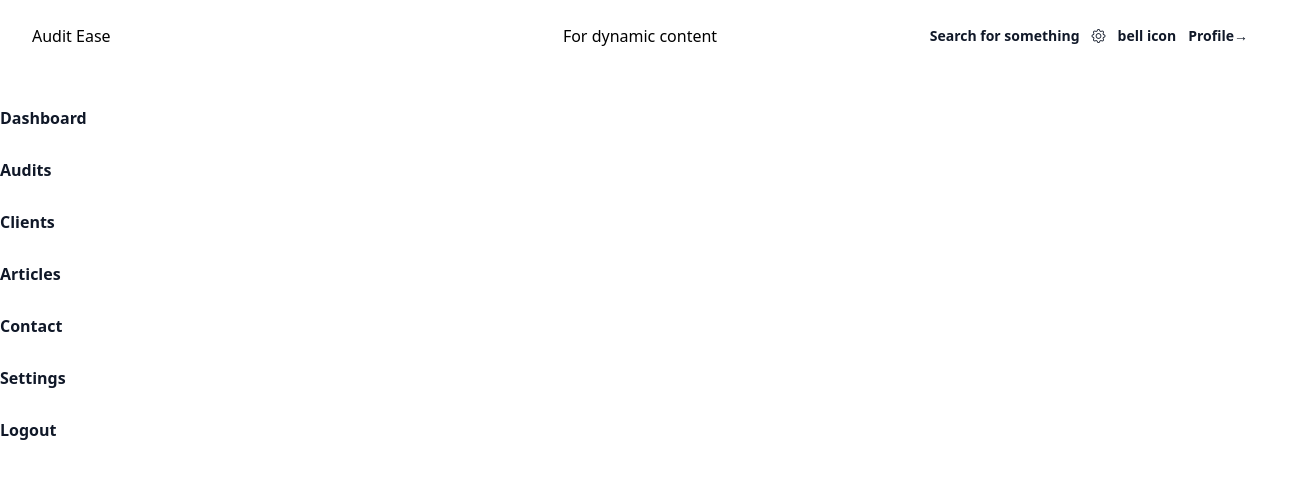
Repository: EclipticCode/Audit-Ease-FE
Page: /
These files come from the project's save history. The page is drawn as it stood at one moment and after the next save; the edit follows.
The browser window is 1280 px wide. The page is 1292 px wide, so the pictures cover 1292 px, including what lies to the right of the window. The pictures show the whole page.
Some web libraries are served in a nearby version. The project was rebuilt for these pictures with package versions that can differ from the ones it lists, and the page was loaded fresh each time. Also part of the build but not shown: vite.config.js, Login.jsx.

Above is the page before, as saved 2025-03-27 19:41:01.

### index.html
<!doctype html>
<html lang="en">
  <head>
    <meta charset="UTF-8" />
    <link rel="icon" type="image/svg+xml" href="" />
    <meta name="viewport" content="width=device-width, initial-scale=1.0" />
    <title>Audit Ease</title>
     <!-- Bootstrap Icon link-->
     <link
     rel="stylesheet"
     href="https://cdn.jsdelivr.net/npm/bootstrap-icons@1.11.3/font/bootstrap-icons.min.css"
   />
    <!-- Font awesome CDN -->
    <link rel="stylesheet" href="https://cdnjs.cloudflare.com/ajax/libs/font-awesome/6.6.0/css/all.min.css">
  </head>
  <body>
    <div id="root"></div>
    <script type="module" src="/src/main.jsx"></script>
  </body>
</html>

### src/main.jsx
import React from "react";
import ReactDOM from "react-dom/client";
import App from "./App";
import "./index.css"; // Ensure Tailwind styles are imported

ReactDOM.createRoot(document.getElementById("root")).render(
  <React.StrictMode>
    <App />
  </React.StrictMode>
);

### src/App.jsx
import React from 'react'
import Login from '../Login'
import Navbar from './Navbar'

const App = () => {
  return (
   <div>
      <Navbar/>
   </div>
  )
}

export default App

### src/index.css
@import url('https://fonts.googleapis.com/css2?family=Roboto:ital,wght@0,100..900;1,100..900&display=swap');

@import "tailwindcss";

@theme {
  --font-roboto: "Roboto", sans-serif;
  --font-weight-light: 300;
  --font-weight-normal: 400;
  --font-weight-medium: 500;
  --font-weight-semibold: 600;
  --font-weight-bold: 700;
  --color-soft-primary: #B2C4FB;
  --color-light-primary: #053ADA;
  --color-dark-primary: #032691;
  --color-deep-primary: #021655;
  --color-soft-seconday: #FFFFFF;
  --color-light-seconday: #B1B1B1;
  --color-dark-seconday: #263238;
  --color-deep-seconday: #000000;

}

### src/Navbar.jsx
import React from 'react'

const Navbar = () => {
  return (
    <div>
         <header className="bg-white">
      <nav aria-label="Global" className="mx-auto flex max-w-7xl items-center justify-between p-6 lg:px-8">
        <div className="flex lg:flex-1">
          <a href="#" className="-m-1.5 p-1.5">
            <span className="sr-only">Audit Ease</span>
            Audit Ease
          </a>
        </div>
        <div>
            For dynamic content
        </div>

        <div className="hidden lg:flex lg:flex-1 lg:justify-end">
        <div className='flex space-x-3'>
        <a href="#" className="text-sm/6 font-semibold text-gray-900">
            Search for something
          </a>
          <a href="#" className="text-sm/6 font-semibold text-gray-900">
          <button className=''><i className="bi bi-gear"></i></button>
          </a>
          <a href="#" className="text-sm/6 font-semibold text-gray-900">
            bell icon
          </a>
          <a href="#" className="text-sm/6 font-semibold text-gray-900">
            Profile<span aria-hidden="true">&rarr;</span>
          </a>
        </div>
        </div>
      </nav>

        <div className="fixed inset-0 z-10" />
          <div className="mt-6 flow-root">
            <div className="-my-6 divide-y divide-gray-500/10">
              <div className="space-y-2 py-6">
                <a
                  href="#"
                  className="-mx-3 block rounded-lg px-3 py-2 text-base/7 font-semibold text-gray-900 hover:bg-gray-50"
                >
                  Dashboard
                </a>
                <a
                  href="#"
                  className="-mx-3 block rounded-lg px-3 py-2 text-base/7 font-semibold text-gray-900 hover:bg-gray-50"
                >
                  Audits
                </a>
                <a
                  href="#"
                  className="-mx-3 block rounded-lg px-3 py-2 text-base/7 font-semibold text-gray-900 hover:bg-gray-50"
                >
                  Clients
                </a>
                <a
                  href="#"
                  className="-mx-3 block rounded-lg px-3 py-2 text-base/7 font-semibold text-gray-900 hover:bg-gray-50"
                >
                  Articles
                </a>
                <a
                  href="#"
                  className="-mx-3 block rounded-lg px-3 py-2 text-base/7 font-semibold text-gray-900 hover:bg-gray-50"
                >
                  Contact
                </a>
                <a
                  href="#"
                  className="-mx-3 block rounded-lg px-3 py-2 text-base/7 font-semibold text-gray-900 hover:bg-gray-50"
                >
                  Settings
                </a>
                <a
                  href="#"
                  className="-mx-3 block rounded-lg px-3 py-2 text-base/7 font-semibold text-gray-900 hover:bg-gray-50"
                >
                  Logout
                </a>
              </div>
            </div>
          </div>

    </header>
    </div>
  )
}

export default Navbar

After the next save:
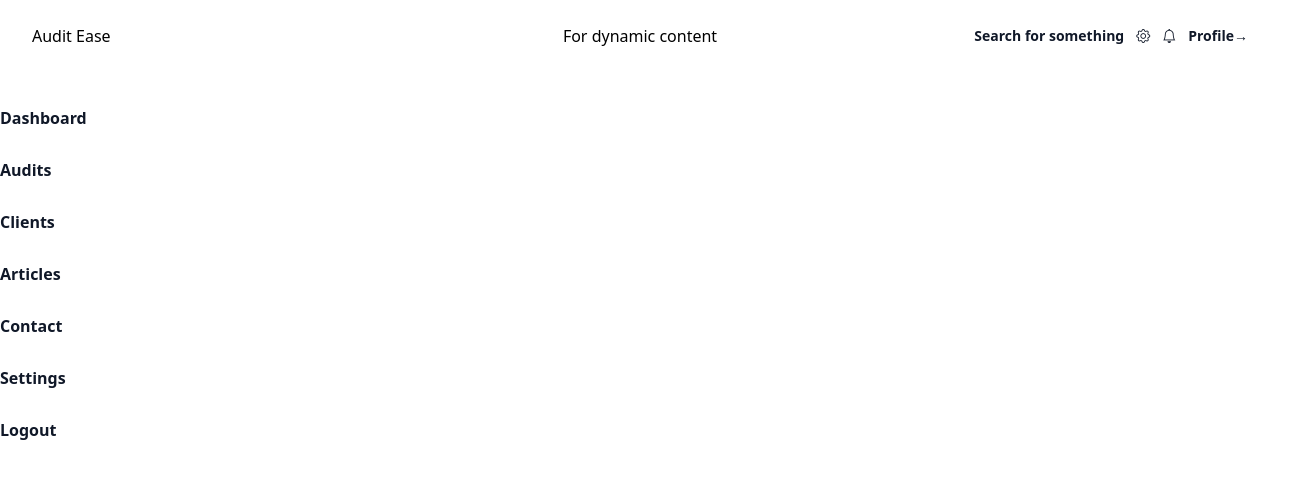
Saved 109 s later.
--- a/src/Navbar.jsx
+++ b/src/Navbar.jsx
@@ -24,7 +24,7 @@ const Navbar = () => {
           <button className=''><i className="bi bi-gear"></i></button>
           </a>
           <a href="#" className="text-sm/6 font-semibold text-gray-900">
-            bell icon
+          <i class="bi bi-bell"></i>
           </a>
           <a href="#" className="text-sm/6 font-semibold text-gray-900">
             Profile<span aria-hidden="true">&rarr;</span>
